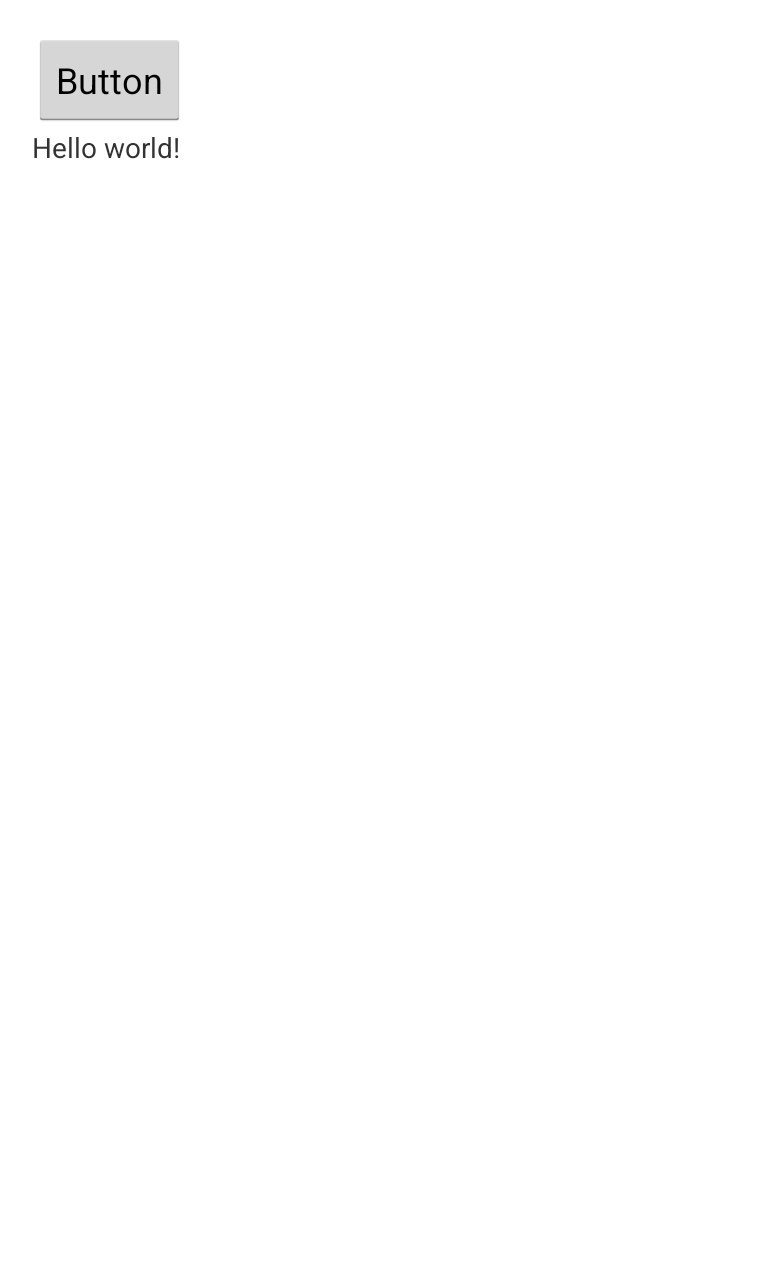
Repository: pancho1313/practica2tests
Layout: MyOrientation/res/layout/activity_my_orientation_test.xml
The author's editor kept a copy of each file at every save. The layout is drawn from the files as they stood at one save, then again after the next save.
It is drawn on a 768 x 1280 px phone screen (xhdpi) without system bars, with theme AppTheme; the app's code is not run.

Above is the layout before, as saved 2014-01-10 13:58:47.

After the next save:
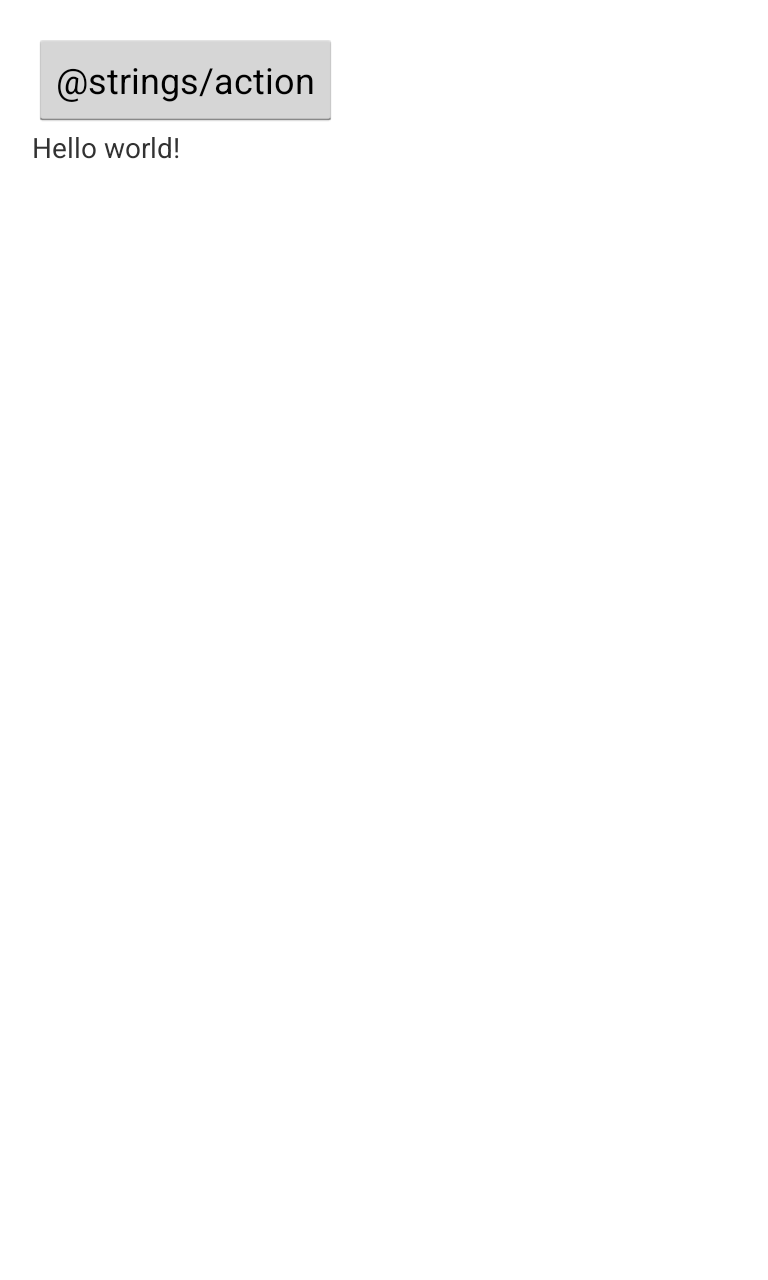
Saved 14 s later.
--- a/MyOrientation/res/layout/activity_my_orientation_test.xml
+++ b/MyOrientation/res/layout/activity_my_orientation_test.xml
@@ -13,7 +13,7 @@
         android:id="@+id/button1"
         android:layout_width="wrap_content"
         android:layout_height="wrap_content"
-        android:text="Button" />
+        android:text="@strings/action" />
 
     <TextView
         android:id="@+id/textView1"
